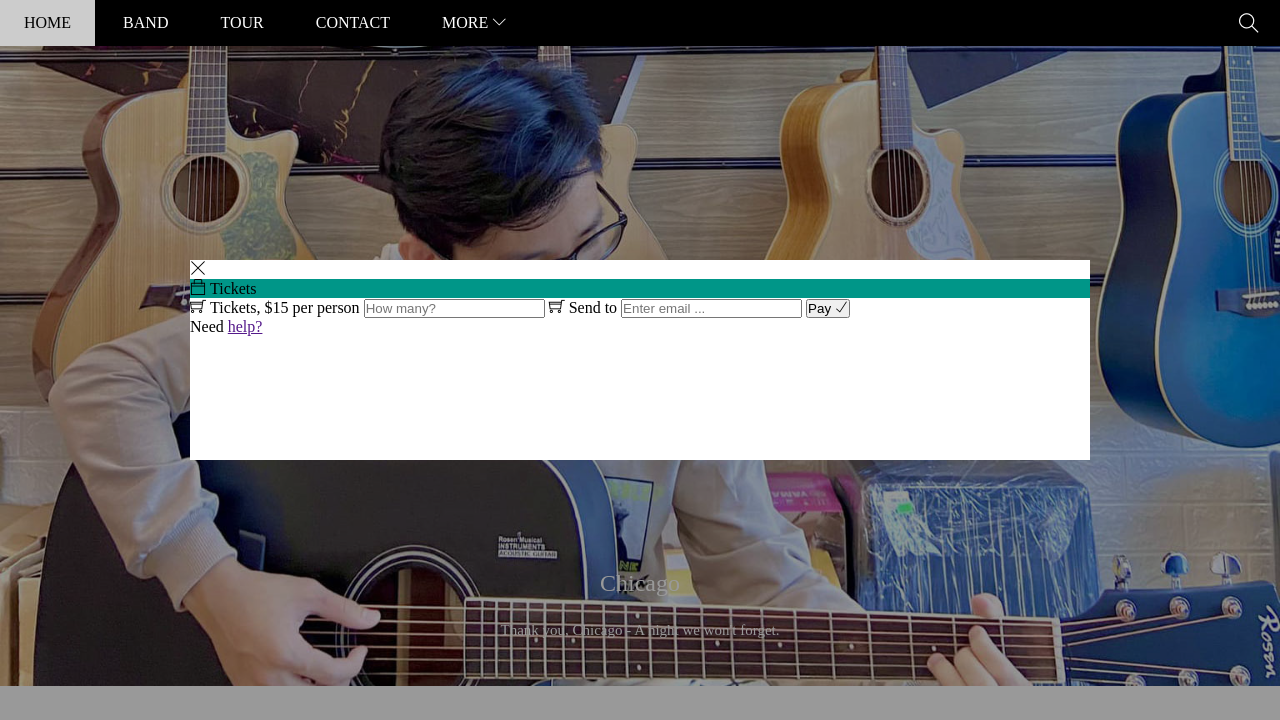
Repository: quochung2k3/Web-Team
Page: index.html
These files come from the project's save history. The page is drawn as it stood at one moment and after the next save; the edit follows.
The browser window is 1280 px wide. The pictures show the window.
A layer covers the whole window, so only the first screen is drawn.

Above is the page before, as saved 2023-08-14 19:16:22.

### index.html
<!DOCTYPE html>
<html lang="en">
<head>
    <meta charset="UTF-8">
    <meta name="viewport" content="width=device-width, initial-scale=1.0">
    <title>Web The Band</title>
    <link rel="stylesheet" href="./assets/css/style.css">
    <link rel="stylesheet" href="./assets/fonts/themify-icons/themify-icons.css">
</head>
<body>
    <div id="wrapper">
        <div id="header">
            <ul id="nav">
                <li><a href="">Home</a></li>
                <li><a href="">Band</a></li>
                <li><a href="">Tour</a></li>
                <li><a href="">Contact</a></li>
                <li>
                    <a href="">
                        More
                        <i class="nav-arrow-down ti-angle-down"></i>
                    </a>
                    <ul class="subnav">
                        <li><a href="">Merchandise</a></li>
                        <li><a href="">Extras</a></li>
                        <li><a href="">Media</a></li>
                    </ul>
                </li>
            </ul>
            <div class="search-button">
                <i class="search-icon ti-search"></i>
            </div>
        </div>

        <div id="slider">
            <div class="text-content">
                <h2 class="text-heading">Chicago</h2>
                <div class="text-description">Thank you, Chicago - A night we won't forget.</div>
            </div>
        </div>

        <div id="content">
            <div class="content-section">
                <h2 class="section-heading">THE BAND</h2>
                <p class="section-sub-heading">We love music</p>
                <p class="about-text">
                    We have created a fictional band website. Lorem ipsum dolor sit amet, consectetur adipiscing elit, sed do eiusmod tempor incididunt ut labore et dolore magna aliqua. Ut enim ad minim veniam, quis nostrud exercitation ullamco laboris nisi ut aliquip ex ea commodo consequat. Duis aute irure dolor in reprehenderit in voluptate velit esse cillum dolore eu fugiat nulla pariatur. Excepteur sint occaecat cupidatat non proident, sunt in culpa qui officia deserunt mollit anim id est laborum consectetur adipiscing elit, sed do eiusmod tempor incididunt ut labore et dolore magna aliqua. Ut enim ad minim veniam, quis nostrud exercitation ullamco laboris nisi ut aliquip ex ea commodo consequat.

                </p>
                <div class="member-list">
                    <div class="member-items">
                        <p class="member-name">Name</p>
                        <img src="./assets/img/slider2.jpg" alt="" class="member-img">
                    </div>

                    <div class="member-items">
                        <p class="member-name">Name</p>
                        <img src="./assets/img/slider2.jpg" alt="" class="member-img">
                    </div>

                    <div class="member-items">
                        <p class="member-name">Name</p>
                        <img src="./assets/img/slider2.jpg" alt="" class="member-img">
                    </div>
                    <div class="clear"></div>
                </div>
            </div>
            <div class="tour-section">
                <div class="content-section">
                    <h2 class="section-heading text-white">TOUR DATES</h2>
                    <p class="section-sub-heading text-white">Remember to book your tickets!</p>
                    <ul class="tickets-list">
                        <li>September <span class="sold-out">Sold out</span></li>
                        <li>October <span class="sold-out">Sold out</span></li>
                        <li>November <span class="quantity">3</span></li>
                    </ul>
                    <div class="places-List">
                        <div class="place-items">
                            <img src="./assets/img/slider1.jpg" alt="New York" class="place-img">
                            <div class="place-body">
                                <h3 class="place-heading">New York</h3>
                                <p class="place-time">Fri 27 Nov 2016</p>
                                <p class="place-description">Lorem ipsum dolor sit amet consectetur adipisicing.</p>
                                <a href="" class="place-buy-btn">Buy Tickets</a>
                            </div>
                        </div>

                        <div class="place-items">
                            <img src="./assets/img/slider1.jpg" alt="New York" class="place-img">
                            <div class="place-body">
                                <h3 class="place-heading">New York</h3>
                                <p class="place-time">Fri 27 Nov 2016</p>
                                <p class="place-description">Lorem ipsum dolor sit amet consectetur adipisicing.</p>
                                <a href="" class="place-buy-btn">Buy Tickets</a>
                            </div>
                        </div>

                        <div class="place-items">
                            <img src="./assets/img/slider1.jpg" alt="New York" class="place-img">
                            <div class="place-body">
                                <h3 class="place-heading">New York</h3>
                                <p class="place-time">Fri 27 Nov 2016</p>
                                <p class="place-description">Lorem ipsum dolor sit amet consectetur adipisicing.</p>
                                <a href="" class="place-buy-btn">Buy Tickets</a>
                            </div>
                        </div>
                        <div class="clear"></div>
                    </div>
                </div>
            </div>
        </div>

        <div id="footer">

        </div>

        <div class="modal">
            <div class="modal-container">
                <div class="modal-close">
                    <i class="ti-close"></i>
                </div>
                <header class="modal-header">
                    <i class="ti-bag"></i>
                    Tickets
                </header>

                <div class="modal-body">
                    <label for="" class="modal-label">
                        <i class="ti-shopping-cart"></i>
                        Tickets, $15 per person
                    </label>
                    <input type="text" class="modal-input" placeholder="How many?">

                    <label for="" class="modal-label">
                        <i class="ti-shopping-cart"></i>
                        Send to
                    </label>
                    <input type="text" class="modal-input" placeholder="Enter email ...">

                    <button id="buy-tickets">
                        Pay <i class="ti-check"></i>
                    </button>
                </div>
                <footer class="modal-footer">
                    <p class="modal-help">Need <a href="">help?</a></p>
                </footer>
            </div>
        </div>
    </div>
</body>
</html>

### assets/css/style.css
* {
    margin: 0;
    padding: 0;
    box-sizing: border-box;
}

.html {
    font-family: Arial, Helvetica, sans-serif;
}

.clear {
    clear: both;
}

.text-white {
    color: #fff !important;
}

#wrapper {

}

#header {
    position: fixed;
    top: 0;
    left: 0;
    right: 0;
    background-color: #000;
    height: 46px;
    z-index: 1;
}

#nav {
    display: inline-block;
}

#nav .subnav {
    list-style-type: none;
}

#nav > li {
    display: inline-block;
}

#nav li {
    position: relative;
}

#nav > li > a {
    color: #fff;
    text-transform: uppercase;
}

#nav li a {
    text-decoration: none;
    line-height: 46px;
    padding: 0 24px;
    display: block;
}

#nav li:hover .subnav {
    display: block;
}

#nav > li:hover > a,
#nav .subnav li:hover a {
    background-color: #ccc;
    color: #000;
}

#nav .subnav {
    display: none;
    min-width: 160px;
    top: 100%;
    left: 0;
    position: absolute;
    background-color: #fff;
    box-shadow: 0 0 10px rgba(0, 0, 0, 0.3);
}

#nav .subnav a {
    color: #000;
    padding: 0 12px;
    line-height: 38px;
}

#nav .nav-arrow-down {
    font-size: 14px;
}

#header .search-button {
    float: right;
    padding: 0 21px;
}

#header .search-icon {
    color: #fff;
    font-size: 20px;
    line-height: 46px;
}

#header .search-button:hover {
    background-color: #f44336;
    cursor: pointer;
}

#slider {
    margin-top: 46px;
    padding-top: 50%;
    background-image: url(../img/slider3.jpg);
    background-repeat: no-repeat;
    background-size: cover;
    background-position: top center;
    position: relative;
}

#slider .text-content {
    position: absolute;
    bottom: 47px;
    color: #fff;
    width: 100%;
    text-align: center;
}

#slider .text-heading {
    font-weight: 500;
    font-size: 24px;
}

#slider .text-description {
    font-size: 15px;
    margin-top: 25px;
}

#content {

}

#content .content-section {
    width: 800px;
    margin: 0 auto;
    padding: 64px 0;
}

#content .section-heading {
    font-size: 30px;
    font-weight: 500;
    text-align: center;
    letter-spacing: 4px;
}

#content .section-sub-heading {
    font-size: 15px;
    font-style: italic;
    text-align: center;
    margin-top: 25px;
    opacity: 0.6;
}

#content .about-text {
    font-size: 15px;
    margin-top: 25px;
    text-align: justify;
    line-height: 1.4;
}

#content .member-list {
    margin-top: 48px;
}

#content .member-items {
    float: left;
    width: calc(100%/3);
    text-align: center;
}

#content .member-name {
    font-size: 15px;
}

#content .member-img {
    margin-top: 15px;
    width: 154px;
    border-radius: 4px;
}

.tour-section {
    background-color: #000;
}

.tickets-list {
    background-color: #fff;
    margin-top: 40px;
}

.tickets-list li {
    font-size: 15px;
    list-style: none;
    padding: 11px 16px;
    border-bottom: 1px solid #ddd;
    color: #757575;
}

.tickets-list .sold-out {
    background-color: #f44336;
    color: #fff;
    padding: 3px 4px;
    margin-left: 16px;
}

.tickets-list .quantity {
    float: right;
    width: 24px;
    height: 24px;
    background-color: #000;
    color: #fff;
    border-radius: 50%;
    text-align: center;
    line-height: 24px;
    margin-top: -3px;
}

.places-List {
    margin: 32px -8px 0;
    padding-bottom: 48px;
}

.place-items {
    float: left;
    width: 33.33333%;
    padding: 0 8px;
}

.place-img {
    width: 100%;
    display: block;
}

.place-img:hover {
    opacity: 0.6;
}

.place-body {
    background-color: #fff;
    font-size: 15px;
    padding: 16px;
}

.place-heading {
    font-size: 15px;
    font-weight: 600;
}

.place-time {
    margin-top: 15px;
    color: #757575;
}

.place-description {
    margin-top: 15px;
    line-height: 1.4;
}

.place-buy-btn {
    margin-top: 15px;
    text-decoration: none;
    color: #fff;
    background-color: #000;
    padding: 11px 16px;
    display: inline-block;
}

.place-buy-btn:hover {
    color: #000;
    background-color: #ccc;
}

#footer {

}

.modal {
    position: fixed;
    top: 0;
    right: 0;
    bottom: 0;
    left: 0;
    background: rgba(0, 0, 0, 0.4);
    display: flex;
    align-items: center;
    justify-content: center;
}

.modal-container {
    background-color: #fff;
    width: 900px;
    height: 200px;
}

.modal-close {

}

.ti-close {

}

.modal-header {
    background-color: #009688;
}

.ti-bag {

}

.modal-body {

}

.modal-label {

}

.ti-shopping {

}

.modal-input {

}

Loaded but not shown: assets/fonts/themify-icons/themify-icons.css (common file)

After the next save:
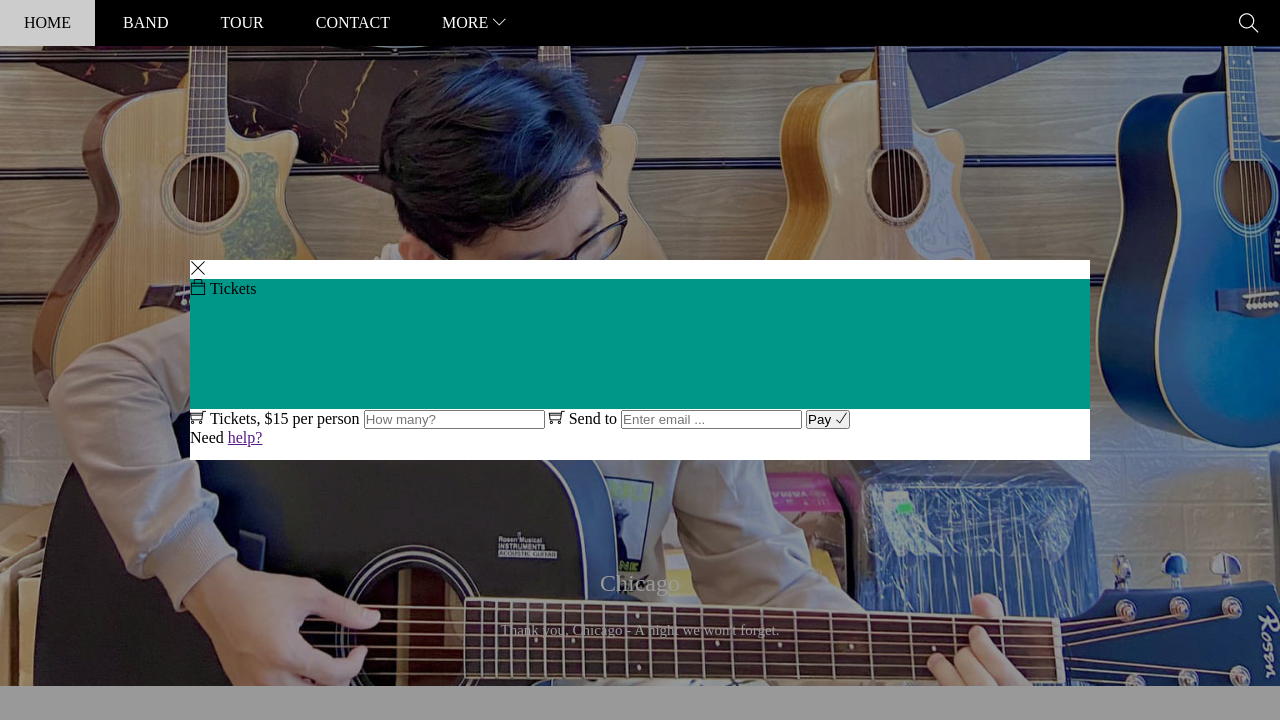
Saved 11 s later.
--- a/assets/css/style.css
+++ b/assets/css/style.css
@@ -307,6 +307,7 @@
 
 .modal-header {
     background-color: #009688;
+    height: 130px;
 }
 
 .ti-bag {
